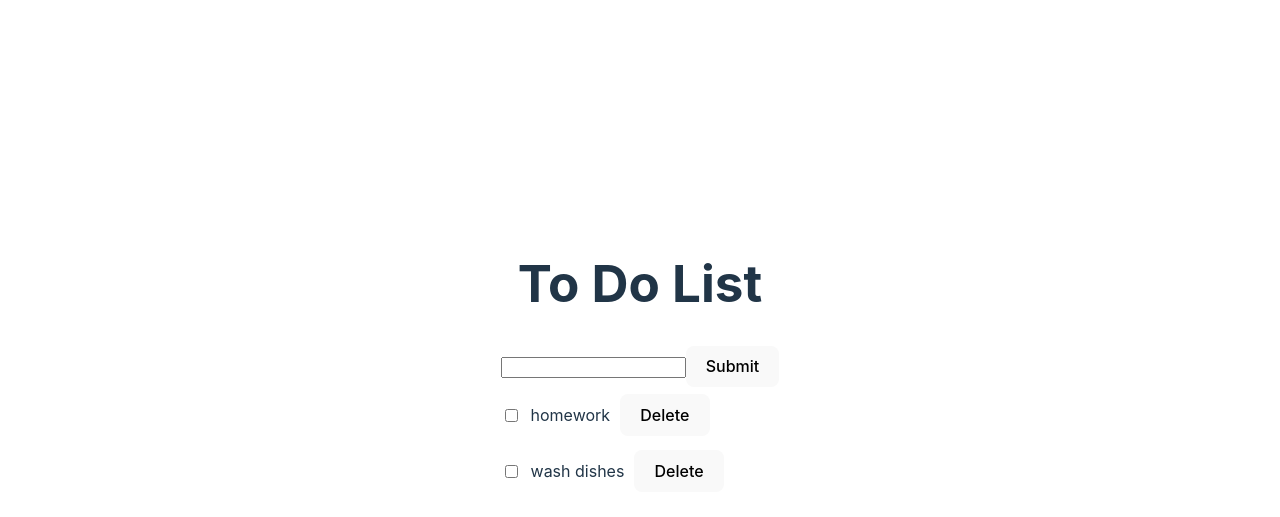
Repository: Jennica1/FRONT_END_WEEK06
Page: / (app in react/)
An editor plug-in stored every save of this project. The page is shown before and after the next save, followed by the edit.
The browser window is 1280 px wide. The pictures show the whole page.
The project was rebuilt for these pictures with package versions that can differ from the ones it lists, and the page was loaded fresh each time. Also part of the build but not shown: react/vite.config.js.

Above is the page before, as saved 2024-10-10 15:21:00.

After the next save:
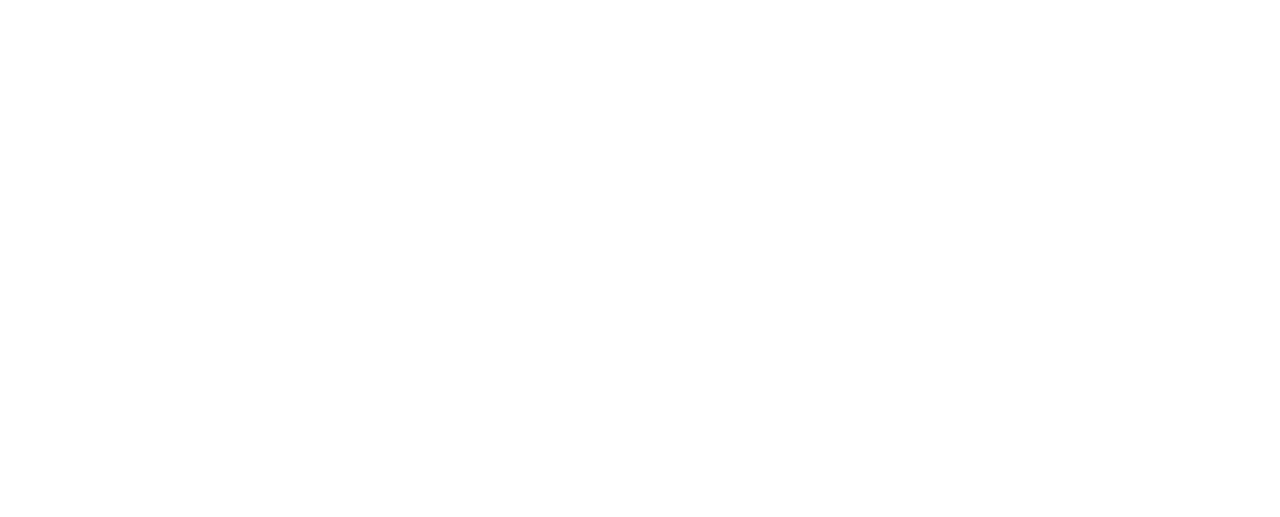
Console error: ReferenceError: handleAddTask is not defined
Saved 8 s later.
--- a/react/src/components/TaskForm.jsx
+++ b/react/src/components/TaskForm.jsx
@@ -19,10 +19,11 @@
 ];
 
 function TaskForm() {
+
   const [tasks, setTasks] = useState(data);
-  const [taskData, settaskData] = useState({ taskName: '' });
+  const [taskData, settaskData] = useState({taskName: ''});
 
-  function handleAddTask(e) {
+  function handleSubmit(e) {
     e.preventDefault();
     if (taskData.taskName) {
       const newTask = { ...taskData, id: tasks.length + 1 };

After the save that followed:
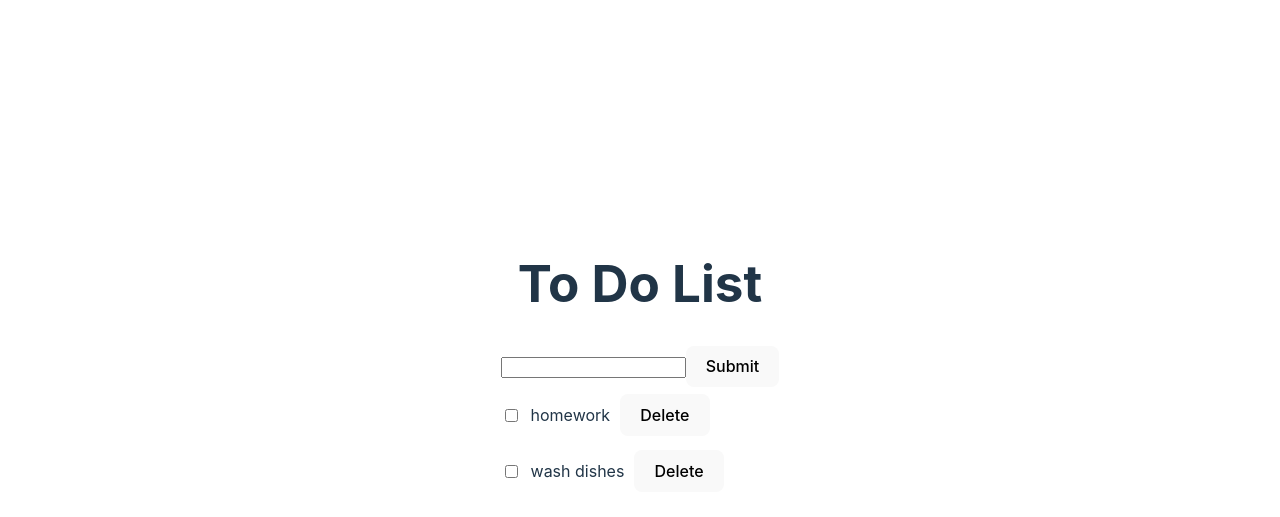
The error is gone.
Saved 8 s later.
--- a/react/src/components/TaskForm.jsx
+++ b/react/src/components/TaskForm.jsx
@@ -23,7 +23,7 @@
   const [tasks, setTasks] = useState(data);
   const [taskData, settaskData] = useState({taskName: ''});
 
-  function handleSubmit(e) {
+  function handleAddTask(e) {
     e.preventDefault();
     if (taskData.taskName) {
       const newTask = { ...taskData, id: tasks.length + 1 };
